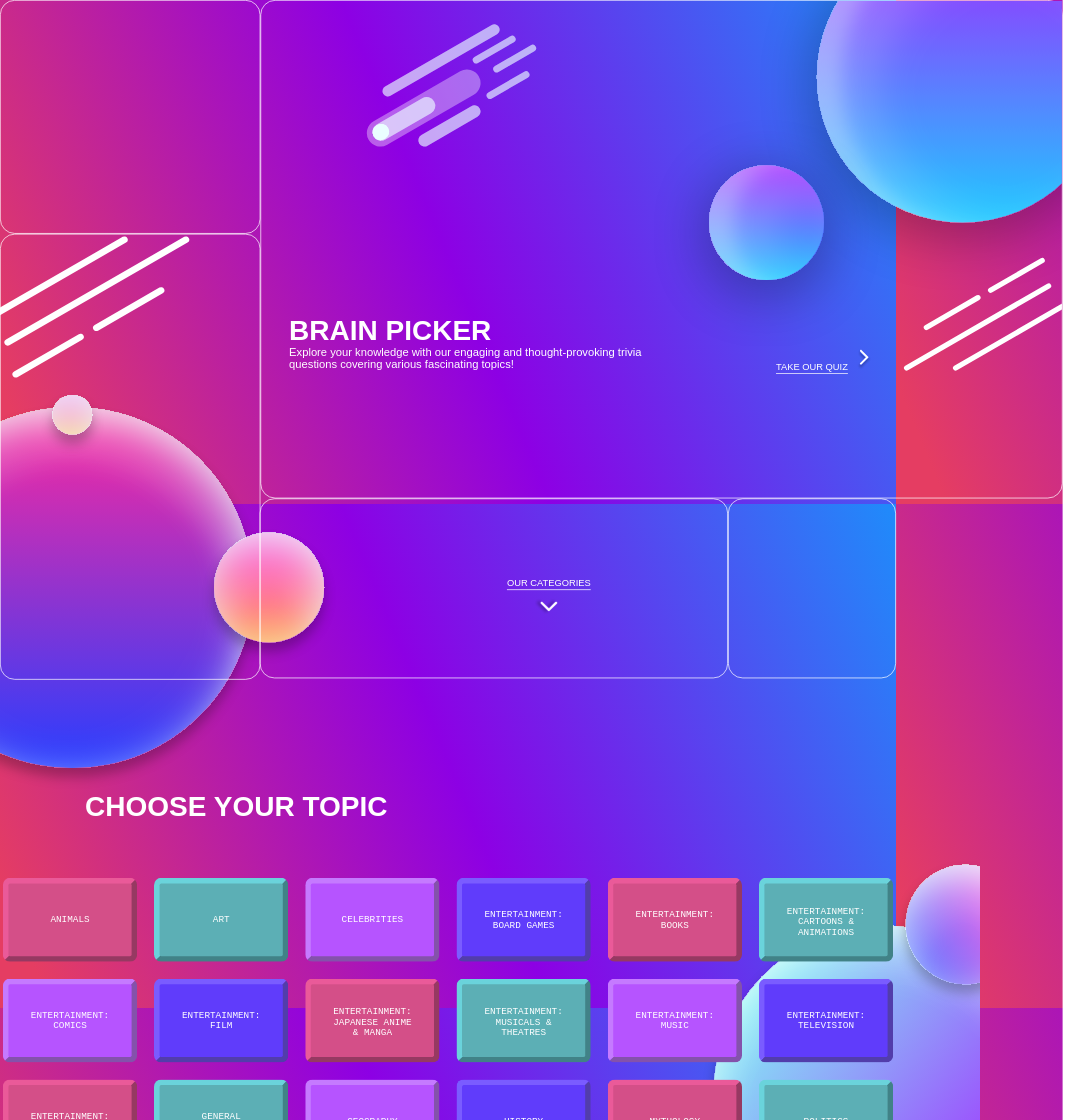
Repository: pjiang604/COMP-2170_Final-Project
Page: index.html
An editor plug-in stored every save of this project. The page is shown before and after the next save, followed by the edit.
The browser window is 1280 px wide. The page is 1518 px wide, then 1560 px, so the pictures cover 1560 px, including what lies to the right of the window. The pictures show the part of the page from y = 0 to 1600 px (the page is 2000 px tall before and 2187 px after), at 70% of full size.
Backgrounds fixed to the window are drawn as part of the page.

Above is the page before, as saved 2023-04-30 13:40:42.

After the next save:
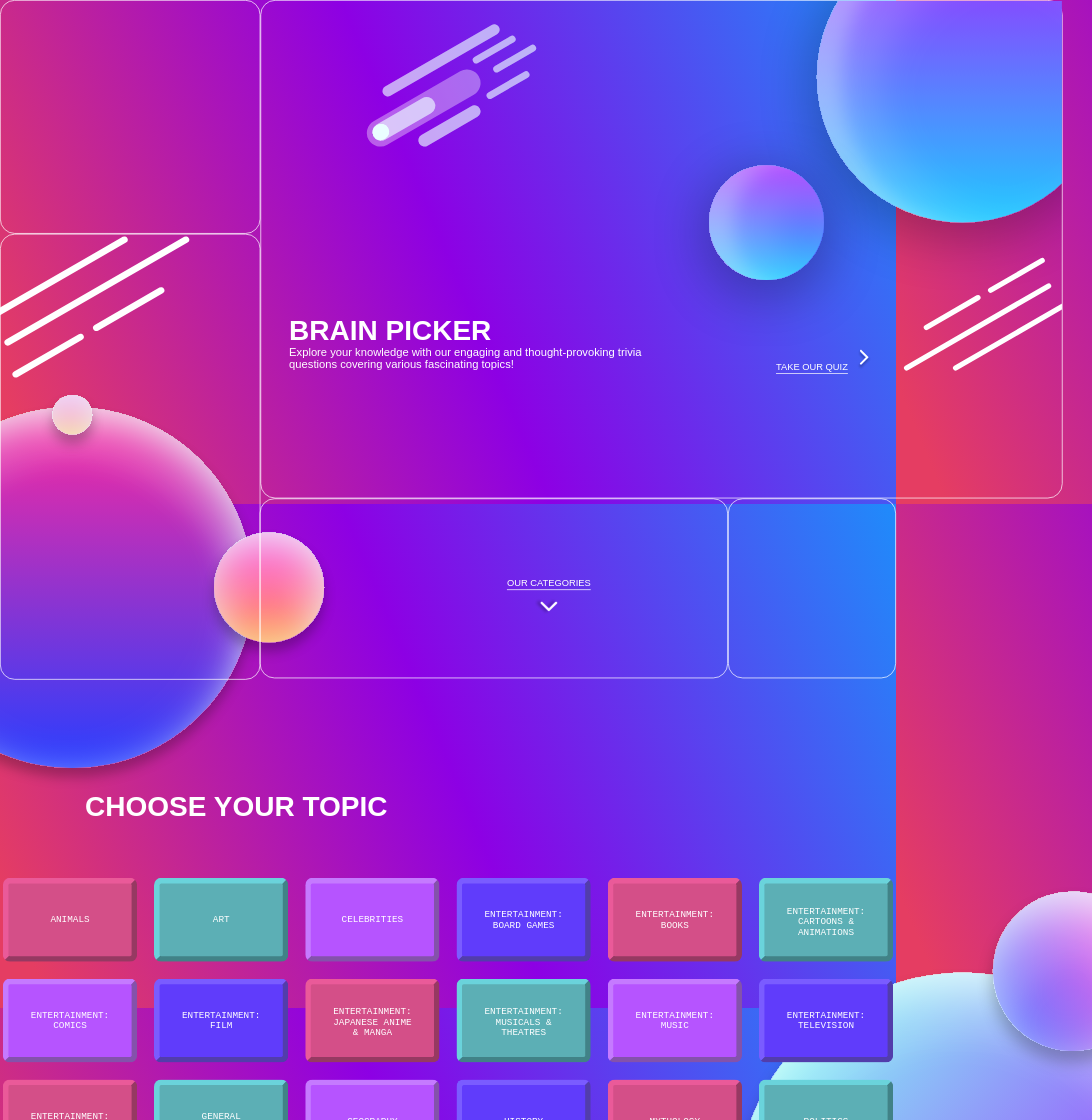
Saved 17 s later.
--- a/style.css
+++ b/style.css
@@ -262,7 +262,7 @@ body {
 
 .bottom_right_sphere{
 	position: absolute;
-	width: 30rem;
+	width: 40rem;
 	left: 57.5rem;
 	top: 70rem;
 	z-index: -1;
